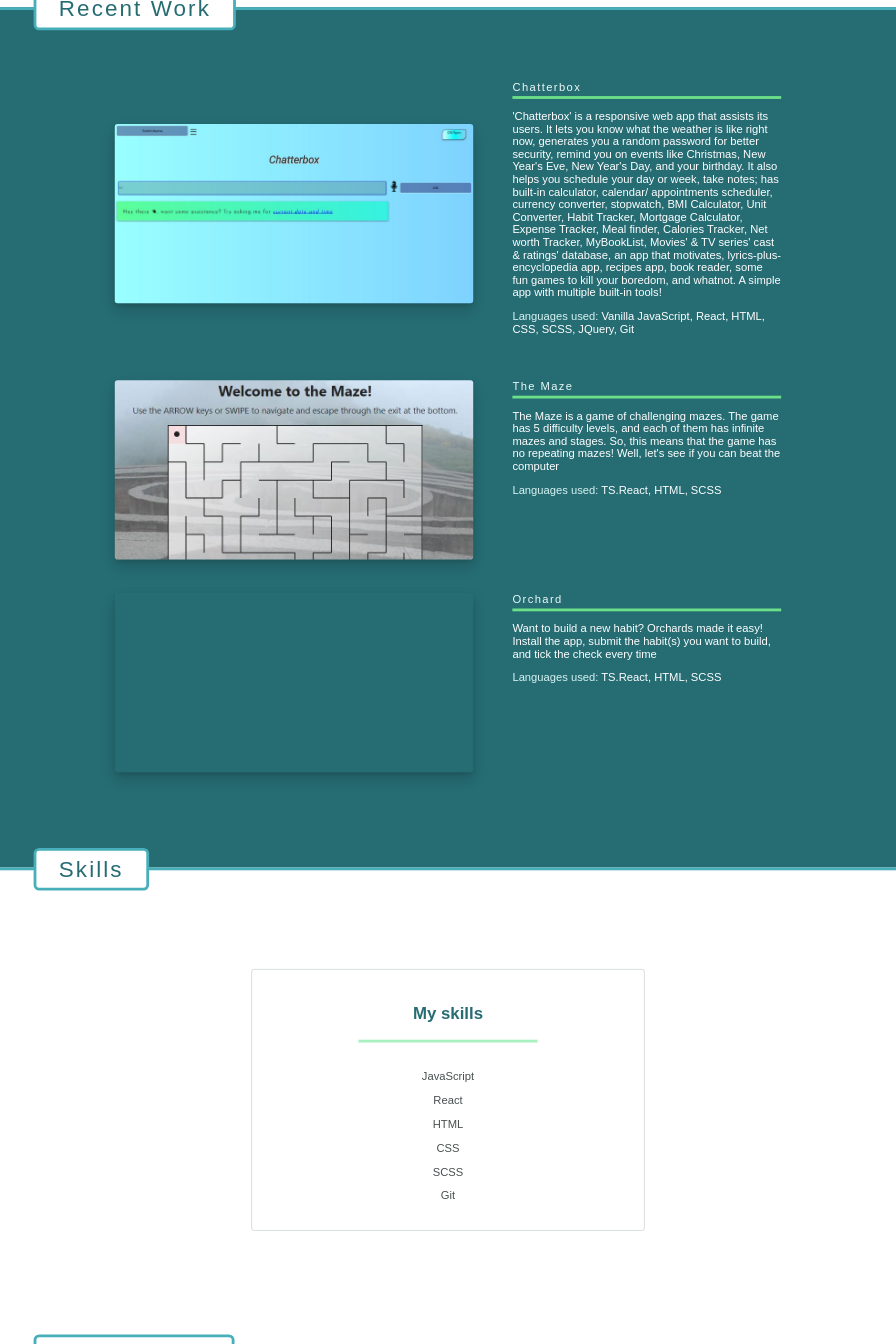
Repository: Abbaskhurram255/port
Page: /
An editor plug-in stored every save of this project. The page is shown before and after the next save, followed by the edit.
The browser window is 1280 px wide. The pictures show the part of the page from y = 856 to 2776 px (the page is 3086 px tall), at 70% of full size.
The page's requests for data from a server got no answer. Some web fonts or font styles are not loaded; a fallback is used. Some web libraries are served in a nearby version. The project was rebuilt for these pictures with package versions that can differ from the ones it lists, and the page was loaded fresh each time. No one was signed in, and anything a server would have sent is missing.

Above is the page before, as saved 2021-01-01 23:09:20.

### public/index.html
<!DOCTYPE html>
<html lang="en">
  <head>
    <meta charset="utf-8" />
    <meta
      name="viewport"
      content="width=device-width, initial-scale=1, shrink-to-fit=no"
    />
    <meta name="theme-color" content="#000000" />
    <meta property="og:title" content="Alex' Portfolio" />
    <meta
      property="og:description"
      content="A portfolio of web applications by Alex/ Khurram"
    />
    <meta property="og:url" content="https://www.abbaskhurram255.github.io/" />
    <meta property="og:image" content="/images/portfolio-home.jpg" />
    <title>Alex' Portfolio</title>
    <link
      href="https://fonts.googleapis.com/css?family=Muli:300,400,600,700"
      rel="stylesheet"
    />
    <link
      rel="stylesheet"
      href="https://use.fontawesome.com/releases/v5.4.2/css/all.css"
      integrity="sha384-/rXc/GQVaYpyDdyxK+ecHPVYJSN9bmVFBvjA/9eOB+pb3F2w2N6fc5qB9Ew5yIns"
      crossorigin="anonymous"
    />
  </head>

  <body>
    <noscript>You need to enable JavaScript to run this app.</noscript>
    <div id="root"></div>
  </body>
</html>

### src/index.tsx
import React from "react";
import ReactDOM from "react-dom";
import App from "./App";
import * as serviceWorker from "./serviceWorker";
import "./styles/styles.scss";

ReactDOM.render(<App />, document.getElementById("root"));

// If you want your app to work offline and load faster, you can change
// unregister() to register() below. Note this comes with some pitfalls.
// Learn more about service workers: http://bit.ly/CRA-PWA
serviceWorker.unregister();

### src/App.tsx
import * as React from "react";
import Contact from "./components/Contact";
import Home from "./components/Home";
import Navbar from "./components/Navbar";
import RecentWork from "./components/RecentWork";
import Skills from "./components/Skills";

class App extends React.Component {
  public render() {
    return (
      <div>
        <Navbar />
        <Home />
        <RecentWork />
        <Skills />
        <Contact />
      </div>
    );
  }
}

export default App;

### src/styles/styles.scss
@import "./base/settings";
@import "./base/base";
@import "./components/navbar";
@import "./components/home";
@import "./components/images";
@import "./components/recent-works";
@import "./components/projects";
@import "./components/project";
@import "./components/skills";
@import "./components/skill";
@import "./components/contact";
@import "./components/social";
@import "./components/section-title";

### src/components/Contact.tsx
import * as React from "react";
import utils from "../utils/constants";
import Social from "./Social";
import Title from "./Title";

const { GITHUB_URL, TWITTER_URL } = utils.social;
const { EMAIL } = utils.contact;

const Contact = () => {
  return (
    <div id="contact" className="contact">
      <Title title="Get in Touch" parentComponent="contact" />
      <div className="contact__social-links">
        <p className="contact__brackets">{"{"}</p>
        <Social socialIcon="fab fa-github" socialUrl={GITHUB_URL} />
        <Social socialIcon="fab fa-twitter" socialUrl={TWITTER_URL} />
        <Social socialIcon="fas fa-envelope" socialUrl={`mailto:${EMAIL}`} />
        <p className="contact__brackets">{"}"}</p>
      </div>
    </div>
  );
};

export default Contact;

### src/components/Home.tsx
import * as React from "react";
import Image from "./Image";
import Text from "./Text";
import Title from "./Title";

const Home = () => {
  return (
    <div className="home">
      <div className="home__text-container">
        <Title
          title="<Alex Puth (aka Khurram) />"
          parentComponent="home"
          subTitle="Front-End Developer"
        />
        <Text parentComponent="home" mobile="" />
      </div>
      <Image
        src="/images/headshot.jpg"
        alt="Headshot of Alex Puth"
        parentComponent="home"
      />
      <Text parentComponent="home" mobile="--mobile" />
    </div>
  );
};

export default Home;

### src/components/Navbar.tsx
import * as React from "react";

interface INavbarState {
  linkClass: string;
  isToggled: boolean;
}

class Navbar extends React.Component {
  public state = {
    isToggled: true,
    linkClass: "navbar__link"
  };

  public toggleNav = () => {
    const { isToggled } = this.state;
    this.setState({ isToggled: !isToggled });
    isToggled
      ? this.setState({ linkClass: "navbar__link--show" })
      : this.setState({ linkClass: "navbar__link" });
  };

  public render() {
    return (
      <div className="navbar">
        <a className="navbar__brand" href="#">
          <p className="navbar__brand-text">AP</p>
        </a>
        <i onClick={this.toggleNav} className="fas fa-bars navbar__hamburger" />
        <div className="navbar__link-box">
          <a className={this.state.linkClass} href="#">
            <p className="navbar__link-text">Home</p>
          </a>

          <a className={this.state.linkClass} href="#recent-works">
            <p className="navbar__link-text">Recent Work</p>
          </a>

          <a className={this.state.linkClass} href="#skills">
            <p className="navbar__link-text">Skills</p>
          </a>

          <a className={this.state.linkClass} href="#contact">
            <p className="navbar__link-text">Contact</p>
          </a>
        </div>
      </div>
    );
  }
}
export default Navbar;

### src/components/RecentWork.tsx
import * as React from "react";
import Projects from "./Projects";
import Title from "./Title";

const RecentWork = () => {
  return (
    <div id="recent-works" className="recent-works">
      <Title title="Recent Work" parentComponent="recent-works" />
      <Projects />
    </div>
  );
};

export default RecentWork;

### src/components/Skills.tsx
import * as React from "react";
import Skill from "./Skill";
import Title from "./Title";

const Skills = () => {
  const technicalSkills: string[] = [
    "JavaScript",
    "React",
    "HTML",
    "CSS",
    "SCSS",
    "Git"
  ];

  return (
    <div id="skills" className="skills">
      <Title title={"Skills"} parentComponent="skills" />
      <div className="skills__set-box">
        <Skill title="My skills" skills={technicalSkills} />
      </div>
    </div>
  );
};

export default Skills;

### src/styles/base/_base.scss
html {
  font-size: 62.5%;
  scroll-behavior: smooth;
}

body {
  margin: 0;
  background-color: $white;
}

button {
  cursor: pointer;
}

button:disabled {
  cursor: default;
}

### src/styles/components/_home.scss
.home {
  display: flex;
  flex-direction: column;
  justify-content: space-around;
  margin: $size-10 auto $size-8 auto;
  max-width: 100rem;
  padding: 0 $size-4;
  @media (min-width: $breakpoint-1) {
    margin: $size-10 25% $size-9 25%;
  }
  @media (min-width: $breakpoint-2) {
    flex-direction: row;
    margin: $size-10 auto $size-12 auto;
  }
}

.home__title-box {
  align-items: center;
  display: flex;
  flex-direction: column;
  justify-content: center;
  margin-top: $size-3;
  @media (min-width: $breakpoint-2) {
    margin: 0;
    margin-left: -$size-9;
    align-items: flex-start;
  }
}

.home__title {
  color: $primary-7;
  font-family: $header;
  font-size: $size-6;
  font-weight: 700;
  letter-spacing: 0.3rem;
  line-height: 1;
  margin: 0;
  @media (min-width: $breakpoint-1) {
    font-size: $size-6;
  }
  @media (min-width: $breakpoint-2 - 13) {
    font-size: $size-7;
  }
  @media (min-width: $breakpoint-3) {
    font-size: 7.2rem;
  }
}

.home__subtitle {
  color: $gray-5;
  font-family: $header;
  font-size: $size-4;
  font-weight: 300;
  margin: $size-3 0;
  @media (min-width: $breakpoint-1) {
    font-size: 1.8rem;
  }
  @media (min-width: $breakpoint-2 - 13) {
    font-size: $size-5;
  }
  @media (min-width: $breakpoint-3) {
    font-size: $size-6;
  }
}

.home__text-container {
  display: flex;
  flex-direction: column;
  justify-content: flex-end;
}

.home__text-box {
  border-left: $size-1 solid $secondary-2;
  margin-top: $size-6;
  padding: $size-5 $size-4;
  width: $size-14;
  @media (max-width: $breakpoint-2 - 1) {
    display: none;
  }
}

.home__text-box--mobile {
  border-left: $size-1 solid $secondary-2;
  box-sizing: border-box;
  margin-top: $size-6;
  padding: $size-2;
  width: 100%;
  @media (min-width: $breakpoint-2) {
    display: none;
  }
}

.home__text {
  color: $gray-7;
  font-family: $text;
  font-size: $size-3;
  line-height: 2;
  margin: 0;
  padding: $size-2;
  @media (min-width: $breakpoint-2) {
    font-size: $size-4;
  }
}

.home__text-link {
  @extend .home__text;
  color: $primary-7;
  padding: 0;
  text-decoration: none;
}

.home__text-link:hover {
  color: $primary-5;
}

### src/styles/components/images.scss
.home-image-box {
  background: $gradient-1;
  border-radius: $radius-2;
  box-shadow: $shadow-2;
  padding: $size-3;
  @media (min-width: $breakpoint-2) {
    display: block;
    padding: $size-7;
  }
}

.home-image {
  border-radius: $radius-2;
  box-shadow: $shadow-3;
  margin: 0;
  width: 100%;
  @media (min-width: $breakpoint-2) {
    margin-right: -$size-10;
    height: $size-13;
    width: $size-13;
  }
}

### src/styles/components/_recent-works.scss
.recent-works {
  align-items: center;
  background: $primary-7;
  border-top: $size-1 solid $primary-5;
  display: flex;
  flex-direction: column;
  padding-bottom: $size-2;
  @media (min-width: $breakpoint-1) {
    padding-left: 22%;
    padding-right: 22%;
  }
  @media (min-width: $breakpoint-2) {
    padding: 0;
    padding-bottom: $size-8;
  }
}

.recent-works__title-box {
  background: $white;
  border: $size-1 solid $primary-5;
  border-radius: $size-2;
  display: flex;
  flex-direction: column;
  justify-content: center;
  margin-top: -$size-5;
  padding: $size-2;
  @media (min-width: $breakpoint-2) {
    align-self: flex-start;
    margin-left: $size-7;
    margin-top: -$size-6;
    padding: $size-2 $size-6;
  }
}

.recent-works__title {
  color: $primary-7;
  font-family: $header;
  font-size: $size-4;
  font-weight: 400;
  letter-spacing: 0.3rem;
  margin: 0;
  padding: 0;
  @media (min-width: $breakpoint-2) {
    font-size: $size-6;
  }
}

### src/styles/components/_projects.scss
.projects {
  display: flex;
  flex-direction: column;
  justify-content: space-between;
  margin: $size-4 $size-7;
  width: 100%;
  @media (min-width: $breakpoint-2) {
    margin: $size-7;
    width: 100rem;
  }
}

### src/styles/components/_skills.scss
.skills {
  align-items: center;
  border-top: $size-1 solid $primary-5;
  display: flex;
  flex-direction: column;
  padding-bottom: $size-8;
  @media (min-width: $breakpoint-1) {
    padding-left: 20%;
    padding-right: 20%;
  }
  @media (min-width: $breakpoint-2) {
    padding: 0;
    padding-bottom: $size-8;
  }
}

.skills__title-box {
  background: $white;
  border: $size-1 solid $primary-5;
  border-radius: $size-2;
  display: flex;
  flex-direction: column;
  justify-content: center;
  margin-top: -$size-5;
  padding: $size-2;
  @media (min-width: $breakpoint-2) {
    align-self: flex-start;
    margin-left: $size-7;
    margin-top: -$size-6;
    padding: $size-2 $size-6;
  }
}

.skills__title {
  color: $primary-7;
  font-family: $header;
  font-size: $size-4;
  font-weight: 400;
  letter-spacing: 0.3rem;
  margin: 0;
  padding: 0;
  @media (min-width: $breakpoint-2) {
    font-size: $size-6;
  }
}

.skills__set-box {
  display: flex;
  flex-direction: column;
  justify-content: space-around;
  margin: 0;
  width: 100%;
  @media (min-width: $breakpoint-2) {
    flex-direction: row;
    margin: $size-9 $size-7;
    width: 100rem;
  }
}

### src/styles/components/_skill.scss
.skill {
  align-items: center;
  border: 1px solid $gray-3;
  border-radius: $radius-2;
  display: flex;
  flex-direction: column;
  margin: $size-4 auto;
  padding: $size-5;
  width: 80%;
  @media (min-width: $breakpoint-2) {
    margin: $size-4;
    padding: $size-5;
    width: $size-14;
  }
}

.skill__title-box {
  border-bottom: $size-1 solid $secondary-3;
  display: flex;
  justify-content: center;
  padding: 0;
  width: 100%;
  @media (min-width: $breakpoint-2) {
    width: $size-12;
  }
}

.skill__title {
  color: $primary-7;
  font-family: $text;
  font-size: $size-4;
  @media (min-width: $breakpoint-2) {
    font-size: $size-5;
  }
}

.skill__box {
  padding-top: $size-5;
  width: 100%;
}

.skill__name {
  color: $gray-7;
  font-family: $text;
  font-size: $size-4;
  text-align: center;
}

### src/styles/components/_contact.scss
.contact {
  align-items: center;
  border-top: $size-1 solid $primary-5;
  display: flex;
  flex-direction: column;
  background: #266c73;
}

.contact__title-box {
  background: $white;
  border: $size-1 solid $primary-5;
  border-radius: $size-2;
  display: flex;
  flex-direction: column;
  justify-content: center;
  margin-top: -$size-5;
  padding: $size-2 $size-6;
  @media (min-width: $breakpoint-2) {
    align-self: flex-start;
    margin-left: $size-7;
    margin-top: -$size-6;
  }
}

.contact__title {
  color: $primary-7;
  font-family: $header;
  font-size: $size-4;
  font-weight: 400;
  letter-spacing: 0.3rem;
  margin: 0;
  padding: 0;
  @media (min-width: $breakpoint-2) {
    font-size: $size-6;
  }
}

.contact__social-links {
  display: flex;
  color: rgb(48, 25, 25);
  margin: $size-8 0 $size-9 0;
}

.contact__brackets {
  color: $secondary-3;
  font-family: $text;
  font-size: $size-8;
  font-weight: 300;
  line-height: 0.5;
  margin: 0 $size-4;
  padding: 0;
  @media (min-width: $breakpoint-2) {
    display: block;
    font-size: $size-10;
  }
}

.fas:not(.navbar__hamburger), .fab {
  color: whitesmoke;
}

### src/styles/components/_social.scss
.social {
  color: $primary-5;
  font-size: $size-5;
  margin: $size-3;
  outline: none;
  transition-property: color, transform;
  transition-duration: 0.1s;
  transition-timing-function: ease;
  @media (min-width: $breakpoint-2) {
    font-size: $size-7;
    margin: $size-5;
  }
}

.social:hover,
.social:focus {
  color: $primary-6;
  transform: scale(1.2);
}

### src/styles/components/_section-title.scss
.section-title__box {
  align-self: flex-start;
  background: $white;
  border: $size-1 solid $primary-8;
  border-radius: $size-2;
  display: flex;
  flex-direction: column;
  justify-content: center;
  margin: -$size-6 0 0 $size-7;
  padding: $size-2 $size-6;
}

.section-title {
  color: $primary-7;
  font-family: $header;
  font-size: $size-6;
  font-weight: 400;
  letter-spacing: 0.3rem;
  margin: 0;
  padding: 0;
}

### src/utils/constants.ts
export default {
  contact: {
    EMAIL: process.env.REACT_APP_EMAIL || "abbaskhuram255@gmail.com"
  },
  social: {
    GITHUB_URL:
      process.env.REACT_APP_GITHUB_URL || "https://github.com/abbaskhurram255",
    TWITTER_URL:
      process.env.REACT_APP_TWITTER_URL || "https://twitter.com/alexputh255",
  }
};

### src/components/Social.tsx
import * as React from "react";

interface ISocialProps {
  socialIcon: string;
  socialUrl: string;
}

const Social = (props: ISocialProps) => {
  const { socialIcon, socialUrl } = props;
  return (
    <a
      href={socialUrl}
      rel="noopener noreferrer"
      className="social"
      target="_blank"
    >
      <i className={socialIcon} />
    </a>
  );
};

export default Social;

### src/components/Title.tsx
import * as React from "react";

interface ITitleProps {
  title: string;
  parentComponent: string;
  subTitle?: string;
}

const Title = (props: ITitleProps) => {
  const { title, subTitle, parentComponent: component } = props;
  return (
    <div className={`${component}__title-box`}>
      <h1 className={`${component}__title`}>{title}</h1>
      {subTitle && <h2 className={`${component}__subtitle`}>{subTitle}</h2>}
    </div>
  );
};

export default Title;

### src/components/Image.tsx
import * as React from "react";

interface IImageProps {
  src: string;
  alt: string;
  parentComponent: string;
}

const Image = (props: IImageProps) => {
  const { src, alt, parentComponent: component } = props;
  return (
    <div className={`${component}-image-box`}>
      <img src={`/Portfolio${src}`} alt={alt} className={`${component}-image`} />
    </div>
  );
};

export default Image;

### src/components/Text.tsx
import * as React from "react";

interface ITextProps {
  parentComponent: string;
  mobile: string;
}

const Text = (props: ITextProps) => {
  const { parentComponent: component, mobile } = props;
  return (
    <div className={`${component}__text-box${mobile}`}>
      <p className={`${component}__text`}>
        Hi, my name is Alex, and I'm a frontend developer. I love using
        functional programming concepts in JavaScript and building web
        applications with it. I'm a coding enthusiast. I've been creating web
        applications since I was 13 - I'm 19 now. It's been my hobby
        since I was a kid, the programming. {" "}
      </p>
      <p className={`${component}__text`}>I'm currently
        trying to get familiar with Vue, and Angular.</p>
    </div>
  );
};

export default Text;

### src/components/Projects.tsx
import * as React from "react";
import { projects } from "../utils/data";
import Project from "./Project";

const Projects = () => (
  <div className="projects">
    {projects.map(project => (
      <Project
        project={project.name}
        projectDescription={project.description}
        projectSourceCode={project.sourceCode}
        projectTools={project.tools}
        projectUrl={project.url}
        image={project.image}
        androidVLink={project.androidVLink}
        key={project.name}
      />
    ))}
  </div>
);

export default Projects;

### src/components/Skill.tsx
import * as React from "react";

interface ISkillProps {
  skills: string[];
  title: string;
}

const DeveloperSkills = (props: ISkillProps) => {
  const { skills, title } = props;
  return (
    <div className="skill">
      <div className="skill__title-box">
        <h3 className="skill__title">{title}</h3>
      </div>
      <div className="skill__box">
        {skills.map((skill: string) => (
          <p className="skill__name" key={skill}>
            {skill}
          </p>
        ))}
      </div>
    </div>
  );
};

export default DeveloperSkills;

### src/utils/data.ts

interface IProject {
  description: string;
  image: string;
  name: string;
  androidVLink: string;
  sourceCode: string;
  tools: string;
  url: string;
}

export const projects: IProject[] = [
  {
    description:
      "'Chatterbox' is a responsive web app that assists its users. It lets you know what the weather is like right now, generates you a random password for better security, remind you on events like Christmas, New Year's Eve, New Year's Day, and your birthday. It also helps you schedule your day or week, take notes; has built-in calculator, calendar/ appointments scheduler, currency converter, stopwatch, BMI Calculator, Unit Converter, Habit Tracker, Mortgage Calculator, Expense Tracker, Meal finder, Calories Tracker, Net worth Tracker, MyBookList, Movies' & TV series' cast & ratings' database, an app that motivates, lyrics-plus-encyclopedia app, recipes app, book reader, some fun games to kill your boredom, and whatnot. A simple app with multiple built-in tools!",
    image: "meal to list",
    name: "Chatterbox",
    androidVLink: "about:blank",
    sourceCode: "https://github.com/Abbaskhurram255/Chatterbox/",
    tools: "Vanilla JavaScript, React, HTML, CSS, SCSS, JQuery, Git",
    url: "https://abbaskhurram255.github.io/Chatterbox/getting-started"
  },
  {
    description:
      "The Maze is a game of challenging mazes. The game has 5 difficulty levels, and each of them has infinite mazes and stages. So, this means that the game has no repeating mazes! Well, let's see if you can beat the computer",
    image: "maze",
    name: "The Maze",
    androidVLink: "https://github.com/Abbaskhurram255/maze/raw/main/public/android/the-maze.apk?raw=true",
    sourceCode: "https://github.com/Abbaskhurram255/maze/",
    tools: "TS.React, HTML, SCSS",
    url: "https://alexs-maze-game.netlify.app"
  },
  {
    description:
      "Want to build a new habit? Orchards made it easy! Install the app, submit the habit(s) you want to build, and tick the check every time",
    image: "orchard",
    name: "Orchard",
    androidVLink: "https://github.com/Abbaskhurram255/habit-builder/raw/main/android/orchard.apk?raw=true",
    sourceCode: "https://github.com/Abbaskhurram255/",
    tools: "TS.React, HTML, SCSS",
    url: "https://abbaskhurram255.github.io/"
  }
];

Loaded but not shown: src/serviceWorker.ts (common file); src/styles/components/_project.scss (148 lines, source omitted); src/styles/base/_settings.scss (89 lines, source omitted); src/styles/components/_navbar.scss (137 lines, source omitted); src/components/Project.tsx (95 lines, source omitted)

After the next save:
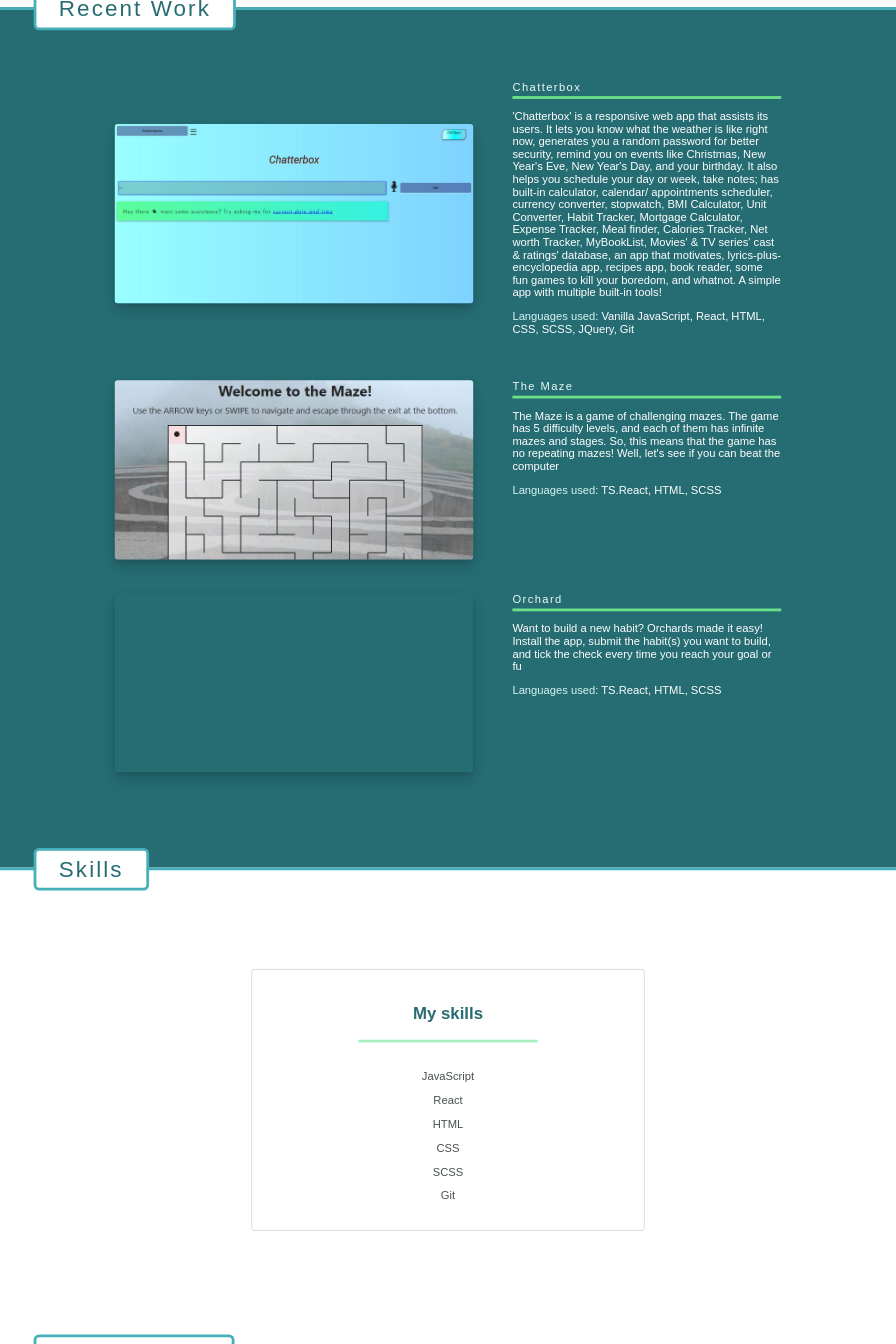
Saved 26 s later.
--- a/src/utils/data.ts
+++ b/src/utils/data.ts
@@ -32,7 +32,7 @@
   },
   {
     description:
-      "Want to build a new habit? Orchards made it easy! Install the app, submit the habit(s) you want to build, and tick the check every time",
+      "Want to build a new habit? Orchards made it easy! Install the app, submit the habit(s) you want to build, and tick the check every time you reach your goal or fu",
     image: "orchard",
     name: "Orchard",
     androidVLink: "https://github.com/Abbaskhurram255/habit-builder/raw/main/android/orchard.apk?raw=true",
